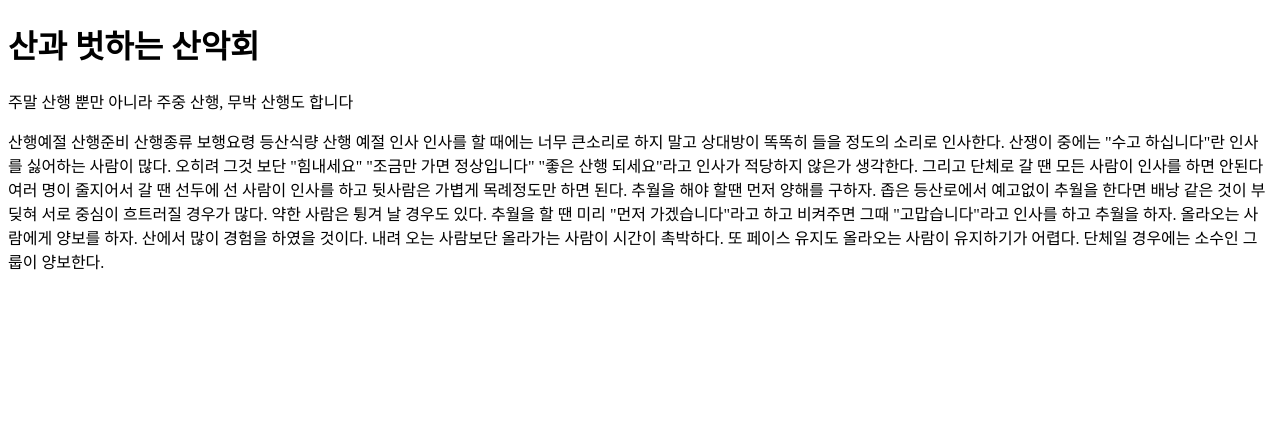
Repository: jinaa11/Kcc_Web
Page: Html/WebContent/sample1.html
These files come from the project's save history. The page is drawn as it stood at one moment and after the next save; the edit follows.
The browser window is 1280 px wide. The pictures show the whole page.

Above is the page before, as saved 2024-07-08 06:46:54.

### Html/WebContent/sample1.html
<!DOCTYPE html>
<html>
<head>
<meta charset="UTF-8">
<title>Insert title here</title>
</head>
<body>
	<header>
		<h1>산과 벗하는 산악회</h1>
		<p>주말 산행 뿐만 아니라 주중 산행, 무박 산행도 합니다</p>
	</header>




산행예절 산행준비 산행종류 보행요령 등산식량


산행 예절


인사

인사를 할 때에는 너무 큰소리로 하지 말고 상대방이 똑똑히 들을 정도의 소리로 인사한다. 산쟁이 중에는 "수고 하십니다"란 인사를 싫어하는 사람이 많다. 오히려 그것 보단 "힘내세요" "조금만 가면 정상입니다" "좋은 산행 되세요"라고 인사가 적당하지 않은가 생각한다. 그리고 단체로 갈 땐 모든 사람이 인사를 하면 안된다 여러 명이 줄지어서 갈 땐 선두에 선 사람이 인사를 하고 뒷사람은 가볍게 목례정도만 하면 된다.

추월을 해야 할땐 먼저 양해를 구하자.

좁은 등산로에서 예고없이 추월을 한다면 배낭 같은 것이 부딪혀 서로 중심이 흐트러질 경우가 많다. 약한 사람은 튕겨 날 경우도 있다. 추월을 할 땐 미리 "먼저 가겠습니다"라고 하고 비켜주면 그때 "고맙습니다"라고 인사를 하고 추월을 하자.

올라오는 사람에게 양보를 하자.

산에서 많이 경험을 하였을 것이다. 내려 오는 사람보단 올라가는 사람이 시간이 촉박하다. 또 페이스 유지도 올라오는 사람이 유지하기가 어렵다. 단체일 경우에는 소수인 그룹이 양보한다.
</body>
</html>

After the next save:
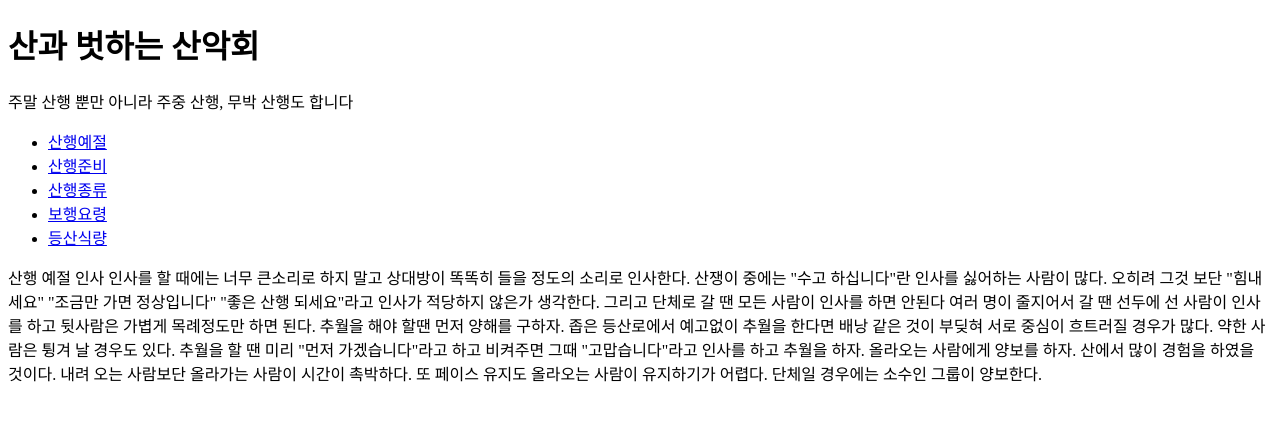
Saved 79 s later.
--- a/Html/WebContent/sample1.html
+++ b/Html/WebContent/sample1.html
@@ -10,10 +10,20 @@
 		<p>주말 산행 뿐만 아니라 주중 산행, 무박 산행도 합니다</p>
 	</header>
 
+	<nav>
+		<ul>
+			<li><a href="#">산행예절</a></li>
+			<li><a href="#">산행준비</a></li>
+			<li><a href="#">산행종류</a></li>
+			<li><a href="#">보행요령</a></li>
+			<li><a href="#">등산식량</a></li>
+		</ul>
+	</nav>
 
 
 
-산행예절 산행준비 산행종류 보행요령 등산식량
+
+
 
 
 산행 예절
